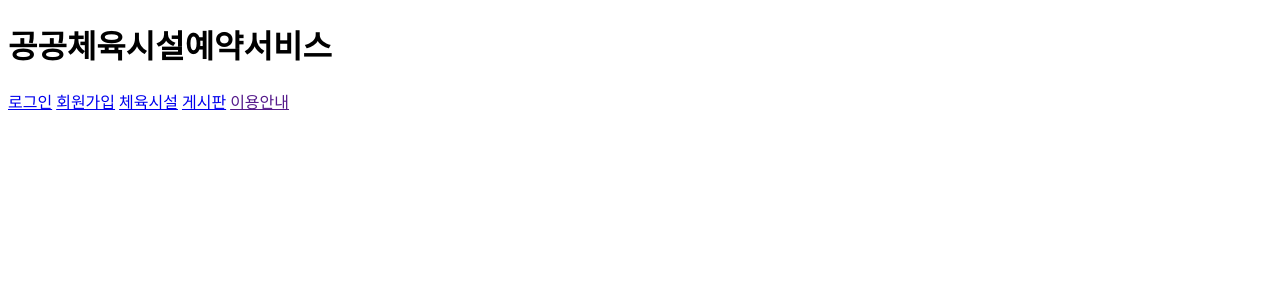
Repository: shinyunseok/portfolio1
Page: portfolio/src/main/resources/static/index.html
An editor plug-in stored every save of this project. The page is shown before and after the next save, followed by the edit.
The browser window is 1280 px wide. The pictures show the whole page.

Above is the page before, as saved 2023-05-24 08:04:01.

### portfolio/src/main/resources/static/index.html
<!DOCTYPE html>
<html>
<head>
<meta charset="UTF-8">
<title>Index</title>
</head>
<body>
	<h1>공공체육시설예약서비스</h1> <a href="login.do">로그인</a> <a href="insertUser.do">회원가입</a>
	<a href="#">체육시설</a>
	<a href="#">게시판</a>
	<a href="">이용안내</a>
</body>
</html>

After the next save:
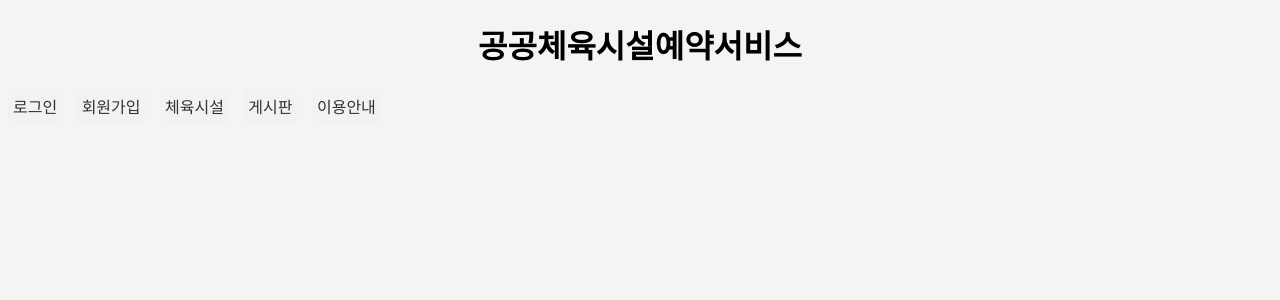
Saved 4 min 16 s later.
--- a/portfolio/src/main/resources/static/index.html
+++ b/portfolio/src/main/resources/static/index.html
@@ -3,11 +3,37 @@
 <head>
 <meta charset="UTF-8">
 <title>Index</title>
+<style>
+    body {
+        font-family: Arial, sans-serif;
+        background-color: #f4f4f4;
+    }
+
+    h1 {
+        text-align: center;
+    }
+
+    a {
+        display: inline-block;
+        margin-right: 10px;
+        text-decoration: none;
+        color: #333;
+        padding: 5px;
+        border-radius: 3px;
+        background-color: #f2f2f2;
+    }
+
+    a:hover {
+        background-color: #ddd;
+    }
+</style>
 </head>
 <body>
-	<h1>공공체육시설예약서비스</h1> <a href="login.do">로그인</a> <a href="insertUser.do">회원가입</a>
-	<a href="#">체육시설</a>
-	<a href="#">게시판</a>
-	<a href="">이용안내</a>
+    <h1>공공체육시설예약서비스</h1>
+    <a href="login.do">로그인</a>
+    <a href="insertUser.do">회원가입</a>
+    <a href="#">체육시설</a>
+    <a href="#">게시판</a>
+    <a href="">이용안내</a>
 </body>
 </html>
